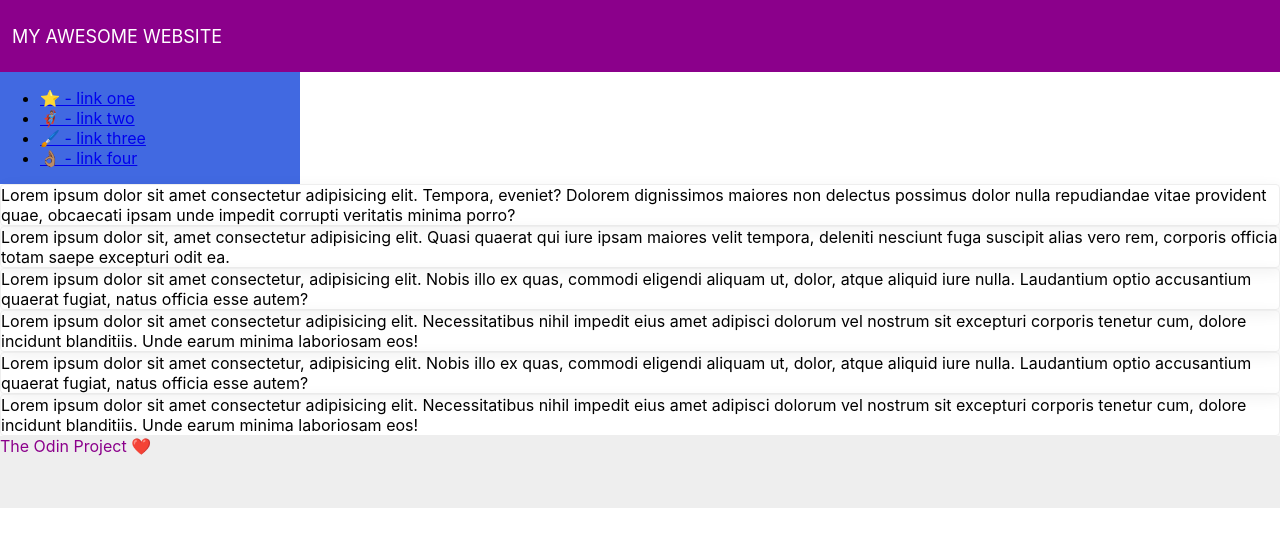
Repository: bbrockbrown/css-exercises
Page: flex/07-flex-layout-2/index.html
The author's editor kept a copy of each file at every save. The page is drawn from the files as they stood at one save, then again after the next save.
The browser window is 1280 px wide. The pictures show the whole page.

Above is the page before, as saved 2024-07-22 18:34:29.

After the next save:
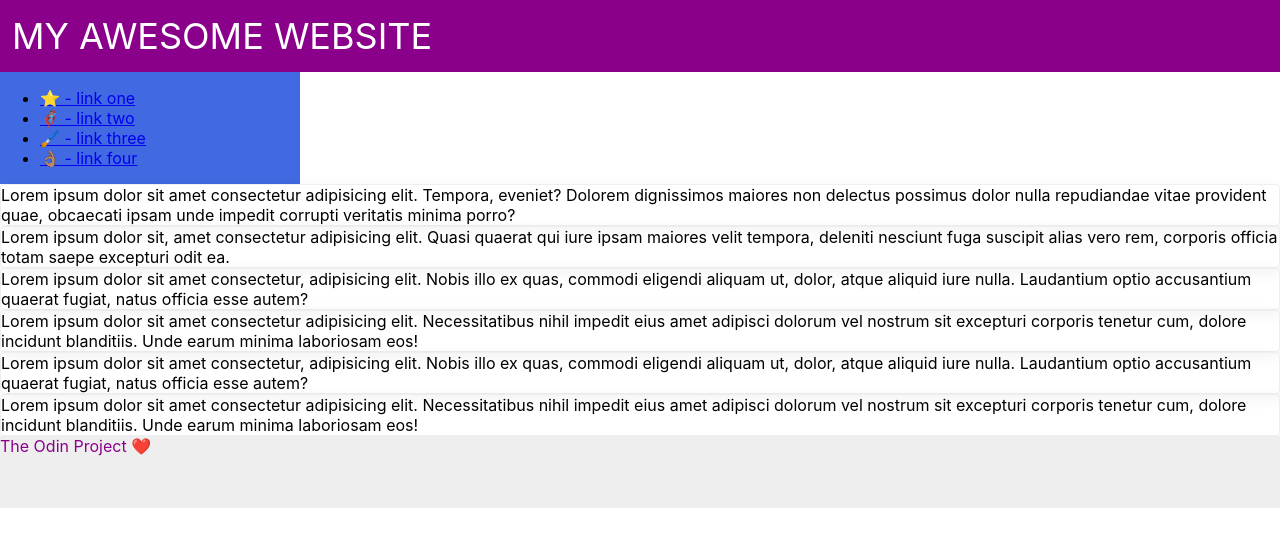
Saved 4 s later.
--- a/flex/07-flex-layout-2/style.css
+++ b/flex/07-flex-layout-2/style.css
@@ -13,7 +13,7 @@ body {
   display: flex;
   align-items: center;
   padding-left: 12px;
-  font-size: 18px;
+  font-size: 36px;
 }
 
 .footer {
